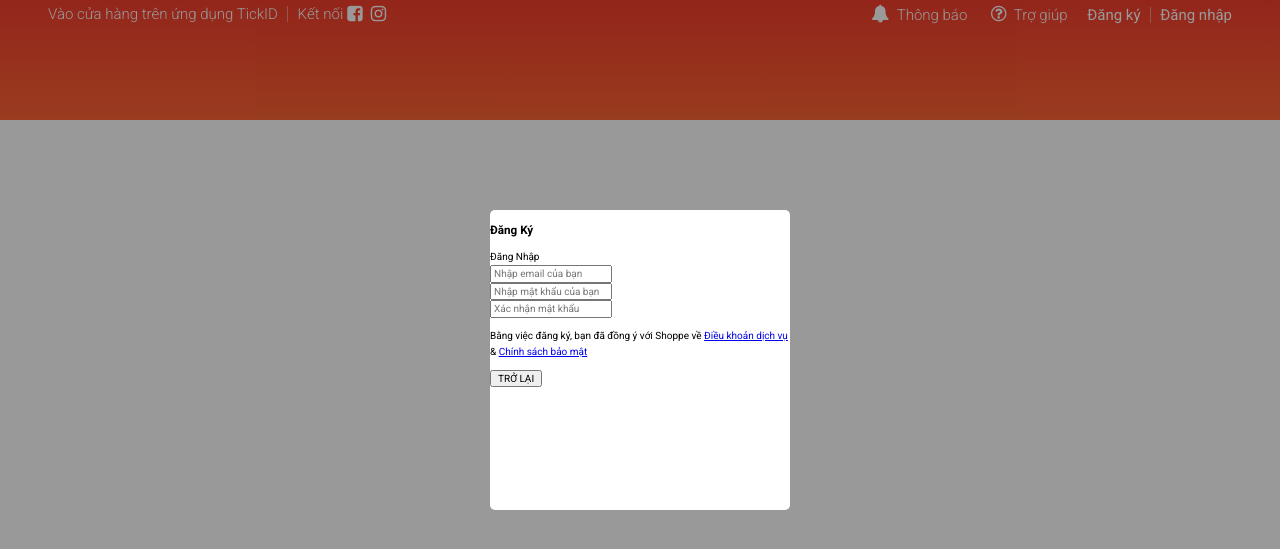
Repository: huydev0401/F8-Shop
Page: index.html
These files come from the project's save history. The page is drawn as it stood at one moment and after the next save; the edit follows.
The browser window is 1280 px wide. The pictures show the whole page.

Above is the page before, as saved 2021-08-12 15:25:48.

### index.html
<!DOCTYPE html>
<html lang="en">
<head>
    <meta charset="UTF-8">
    <meta http-equiv="X-UA-Compatible" content="IE=edge">
    <meta name="viewport" content="width=device-width, initial-scale=1.0">
    <title>Document</title>
    <link rel="stylesheet" href="https://cdnjs.cloudflare.com/ajax/libs/font-awesome/4.7.0/css/font-awesome.css">
    <link rel="preconnect" href="https://fonts.googleapis.com">
    <link rel="preconnect" href="https://fonts.gstatic.com" crossorigin>
    <link href="https://fonts.googleapis.com/css2?family=Roboto:wght@300;400;700&display=swap" rel="stylesheet">
    <link rel="stylesheet" href="https://cdnjs.cloudflare.com/ajax/libs/normalize/8.0.1/normalize.min.css">
    <link rel="stylesheet" href="./assets/css/base.css">
    <link rel="stylesheet" href="./assets/css/main.css">
</head>
<body>
    <header class="header">
        <nav class="navbar grid">
            <ul class="navbar__list">
                <li class="navbar__item navbar__item--has-qr navbar__item--separate">
                    Vào cửa hàng trên ứng dụng TickID
                    <div class="header-qr">
                        <img src="./assets/img/qr_code.png" alt="QR Code" class="header-qr__img">
                        <div class="header-qr__apps">
                            <a href="#" class="header-qr__link">
                                <img class="header-qr__app" src="./assets/img/google_play.png" alt="google play">
                            </a>
                            <a href="#" class="header-qr__link">
                                <img class="header-qr__app" src="./assets/img/app_store.png" alt="app store">
                            </a>
                            <a href="#" class="header-qr__link">
                                <img class="header-qr__app" src="./assets/img/app_gallery.png" alt="app gallery">
                            </a>
                        </div>
                    </div>
                </li>
                <li class="navbar__item">
                    <span class="text-white cursor-text">Kết nối</span>
                    <a class="navbar-icon__link" href="#">
                        <i class="navbar__icon fa fa-facebook-square"></i>
                    </a>
                    <a class="navbar-icon__link" href="#">
                        <i class="navbar__icon fa fa-instagram"></i>
                    </a>
                </li>
            </ul>
            <ul class="navbar__list">
                <li class="navbar__item navbar__item--has-noti">
                    <a href="#" class="navbar__link">
                        <i class="navbar__icon fa fa-bell"></i>
                        Thông báo
                    </a>
                    <div class="header__noti">
                        <div class="noti__heading">
                            <h3>Thông báo mới nhận</h3>
                        </div>
                        <ul class="noti__list">
                            <li class="noti__item">
                                <a href="#" class="noti__link">
                                    <img src="https://images.unsplash.com/photo-1484399172022-72a90b12e3c1?ixid=MnwxMjA3fDB8MHxwaG90by1wYWdlfHx8fGVufDB8fHx8&ixlib=rb-1.2.1&auto=format&fit=crop&w=1050&q=80" alt="" class="noti__image">
                                    <div class="noti__info">
                                        <span class="noti__name">Xác thực chính hãng nguồn gốc các sản phẩm Ohui</span>
                                        <span class="noti__desc">Xác thực chính hãng nguồn gốc các sản phẩm Ohui</span>
                                    </div>
                                </a>
                            </li>
                            <li class="noti__item noti__item--unread">
                                <a href="#" class="noti__link">
                                    <img src="https://images.unsplash.com/photo-1484399172022-72a90b12e3c1?ixid=MnwxMjA3fDB8MHxwaG90by1wYWdlfHx8fGVufDB8fHx8&ixlib=rb-1.2.1&auto=format&fit=crop&w=1050&q=80" alt="" class="noti__image">
                                    <div class="noti__info">
                                        <span class="noti__name">Xác thực chính hãng nguồn gốc các sản phẩm Ohui</span>
                                        <span class="noti__desc">Xác thực chính hãng nguồn gốc các sản phẩm Ohui</span>
                                    </div>
                                </a>
                            </li>
                            <li class="noti__item noti__item--unread">
                                <a href="#" class="noti__link">
                                    <img src="https://images.unsplash.com/photo-1484399172022-72a90b12e3c1?ixid=MnwxMjA3fDB8MHxwaG90by1wYWdlfHx8fGVufDB8fHx8&ixlib=rb-1.2.1&auto=format&fit=crop&w=1050&q=80" alt="" class="noti__image">
                                    <div class="noti__info">
                                        <span class="noti__name">Xác thực chính hãng nguồn gốc các sản phẩm Ohui</span>
                                        <span class="noti__desc">Xác thực chính hãng nguồn gốc các sản phẩm Ohui</span>
                                    </div>
                                </a>
                            </li>
                            <li class="noti__item noti__item--unread">
                                <a href="#" class="noti__link">
                                    <img src="https://images.unsplash.com/photo-1484399172022-72a90b12e3c1?ixid=MnwxMjA3fDB8MHxwaG90by1wYWdlfHx8fGVufDB8fHx8&ixlib=rb-1.2.1&auto=format&fit=crop&w=1050&q=80" alt="" class="noti__image">
                                    <div class="noti__info">
                                        <span class="noti__name">Xác thực chính hãng nguồn gốc các sản phẩm Ohui</span>
                                        <span class="noti__desc">Xác thực chính hãng nguồn gốc các sản phẩm Ohui</span>
                                    </div>
                                </a>
                            </li>
                        </ul>
                        <div class="noti__footer">
                            <a href="#" class="noti__btn">Xem tất cả</a>
                        </div>
                    </div>
                </li>
                <li class="navbar__item">
                    <a href="#" class="navbar__link">
                        <i class="navbar__icon fa fa-question-circle-o"></i>
                        Trợ giúp
                    </a>
                </li>
                <li class="navbar__item navbar__item--bold navbar__item--separate">Đăng ký</li>
                <li class="navbar__item navbar__item--bold">Đăng nhập</li>
            </ul>
        </nav>
    </header>
    <main class="wrapper">

    </main>
    <footer class="footer">

    </footer>

    <!-- Modal -->
    <div class="modal">
        <div class="modal__overlay"></div>
        <div class="modal__content">
            <div class="modal__inner">
                <!-- authen form -->
                <div class="auth-form">
                    <div class="authen-form__header">
                        <h3 class="authen-form__heading">Đăng Ký</h3>
                        <span class="authen-form__switch-btn">Đăng Nhập</span>
                    </div>
                    <div class="authen-form__form">
                        <div class="authen-form__group">
                            <input type="text" class="authen-form__input" placeholder="Nhập email của bạn">
                        </div>
                        <div class="authen-form__group">
                            <input type="password" class="authen-form__input" placeholder="Nhập mật khẩu của bạn">
                        </div>
                        <div class="authen-form__group">
                            <input type="password" class="authen-form__input" placeholder="Xác nhận mật khẩu">
                        </div>
                    </div>
                    <div class="authen-form__aside">
                        <p class="authen-form__policy-text">
                            Bằng việc đăng ký, bạn đã đồng ý với Shoppe về
                            <a href="#" class="authen-form__policy-link">Điều khoản dịch vụ</a> &
                            <a href="#" class="authen-form__policy-link">Chính sách bảo mật</a>
                        </p>
                    </div>
                    <div class="authen-form__controls">
                        <button class="btn">TRỞ LẠI</button>
                    </div>
                </div>
            </div>
        </div>
    </div>
</body>
</html>

### assets/css/base.css
:root {
    --white_color: #fff;
    --black_color: #000;
    --text_color: #333;
}

* {
    box-sizing: inherit;
}

html {
    font-size: 62.5%;
    line-height: 1.6rem;
    box-sizing: border-box;
    font-family: 'Roboto', sans-serif;
}

.grid {
    width: 1200px;
    max-width: 100%;
    margin: 0 auto;
}

.grid__full-width {
    width: 100%;
}

.grid__row {
    display: flex;
    flex-wrap: wrap;
}

.text-white {
    color: #fff;
}

.cursor-text {
    cursor: text;
}

/* Modal */
.modal {
    display: flex;
    position: fixed;
    top: 0;
    right: 0;
    bottom: 0;
    left: 0;
}

.modal__overlay {
    position: absolute;
    top: 0;
    left: 0;
    width: 100%;
    height: 100%;
    background-color: rgba(0, 0, 0, .4);
}

.modal__content {
    margin: auto;
    width: 300px;
    height: 300px;
    border-radius: 5px;
    background-color: var(--white_color);
    position: relative;
    z-index: 1;
}

### assets/css/main.css
.header {
    height: 120px;
    background-image: linear-gradient(to bottom, #f53e2d, #fe6433 );
}

.navbar {
    display: flex;
    justify-content: space-between;
}

.navbar__list {
    list-style: none;
    padding-left: 0;
    font-size: 1.5rem;
    font-weight: 300;
    margin-top: 5px;
}

.navbar__item {
    display: inline-block;
    margin: 0 8px;
    color: var(--white_color);
    position: relative;
    transition: all .2s linear;
    min-height: 18px;
}

.navbar__item--has-noti:hover .header__noti {
    display: block;
}

.navbar__item--has-qr:hover .header-qr {
    display: block;
}

.navbar__item--separate::after {
    content: " ";
    border-right: 1px solid #fb9086;
    height: 16px;
    position: absolute;
    top: 50%;
    right: -10px;
    transform: translateY(-50%);
}

.navbar__item--bold {
    font-weight: 400;
}

.navbar__link {
    color: var(--white_color);
    text-decoration: none;
    transition: all .2s linear;
}

.navbar__item:hover,
.navbar__link:hover,
.navbar-icon__link:hover {
    color: rgba(255, 255, 255, .7);
    cursor: pointer;
}

.navbar__item,
.navbar-icon__link {
    display: inline-flex;
    align-items: center;
}

.navbar-icon__link {
    color: var(--white_color);
    text-decoration: none;
}

.navbar__icon {
    font-size: 18px;
    margin: 0 4px;
}

.header-qr {
    background-color: var(--white_color);
    width: 180px;
    position: absolute;
    top: 140%;
    left: 0;
    padding: 8px;
    border-radius: 2px;
    display: none;
    animation: fadeIn linear .3s;
    will-change: opacity;
}

@keyframes fadeIn {
    from {
        opacity: 0;
    }
    to {
        opacity: 1;
    }
}

.header-qr::before {
    content: "";
    position: absolute;
    top: -18px;
    left: 0;
    width: 100%;
    height: 20px;
    display: block;
}

.header-qr__img {
    width: 100%;
}

.header-qr__apps {
    display: flex;
    justify-content: space-between;
    flex-wrap: wrap;
}

.header-qr__link {
    width: calc(50% - 10px);
    margin: 5px 0 5px 10px;
}

.header-qr__app {
    height: 15px;
}

.header__noti {
    position: absolute;
    top: 140%;
    right: 0;
    width: 404px;
    background-color: var(--white_color);
    border: 1px solid #d3d3d3;
    cursor: default;
    transform-origin: calc(100% - 20px) top;
    animation: headerNotiGrowth ease-in .2s;
    will-change: opacity, transform;
    display: none;
}

@keyframes headerNotiGrowth {
    from {
        opacity: 0;
        transform: scale(0);
    }
    to {
        opacity: 1;
        transform: scale(1);
    }
}

.header__noti::before {
    content: "";
    position: absolute;
    top: -23px;
    right: 3px;
    border-width: 16px 30px;
    border-style: solid;
    border-color: transparent transparent var(--white_color) transparent;
}

.header__noti::after {
    content: "";
    position: absolute;
    top: -18px;
    right: 0;
    width: 110px;
    height: 20px;
    display: block;
}

.noti__heading {
    height: 40px;
    background-color: var(--white_color);
}

.noti__heading h3 {
    color: #999;
    margin: 0;
    font-weight: 400;
    font-size: 1.4rem;
    text-transform: capitalize;
    line-height: 40px;
    margin-left: 12px;
    user-select: none;
}

.noti__list {
    padding-left: 0;
}

.noti__item {
    transition: all .2s linear;
}

.noti__item:hover {
    background-color: #f7f7f7;
}

.noti__item--unread {
    background-color: rgba(238, 75, 43, 0.09);
}

.noti__link {
    display: flex;
    padding: 12px;
    text-decoration: none;
}

.noti__image {
    width: 48px;
    object-fit: contain;
}

.noti__info {
    margin-left: 12px;
}

.noti__name {
    display: block;
    font-size: 1.4rem;
    color: var(--black_color);
    font-weight: 400;
    margin-bottom: 5px;
}

.noti__desc {
    display: block;
    font-size: 1.2rem;
    color: #756f6e;
}

.noti__footer {
    text-align: center;
}

.noti__btn {
    text-decoration: none;
    color: var(--text_color);
    padding: 10px 0;
    width: 100%;
    font-size: 1.4rem;
    font-weight: 400;
    display: block;
}

After the next save:
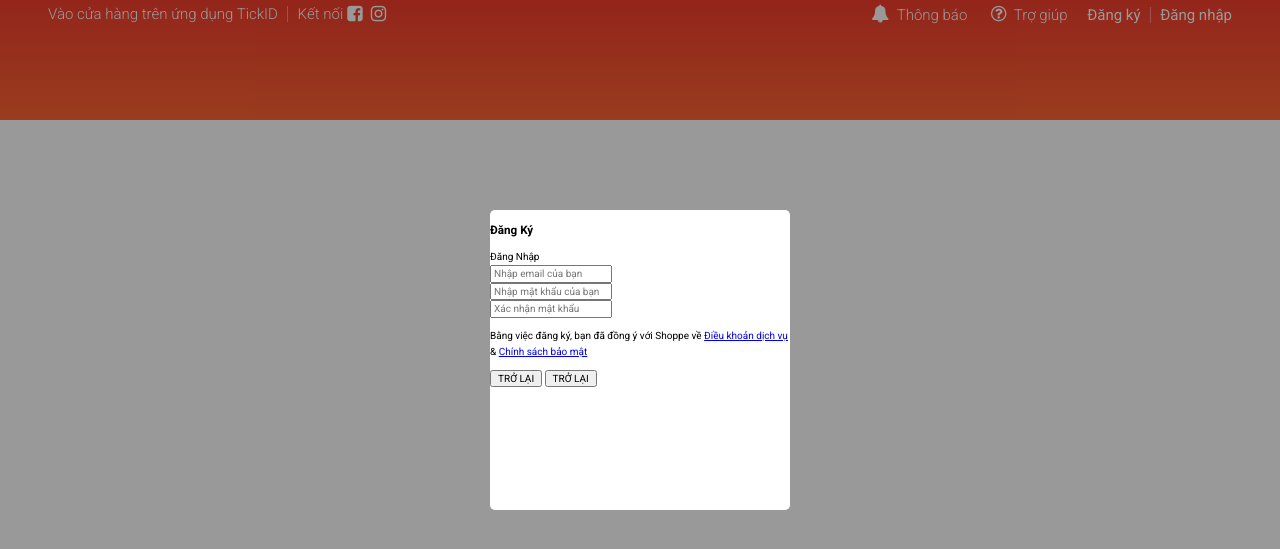
Saved 8 s later.
--- a/index.html
+++ b/index.html
@@ -146,6 +146,7 @@
                     </div>
                     <div class="authen-form__controls">
                         <button class="btn">TRỞ LẠI</button>
+                        <button class="btn btn--primary">TRỞ LẠI</button>
                     </div>
                 </div>
             </div>
